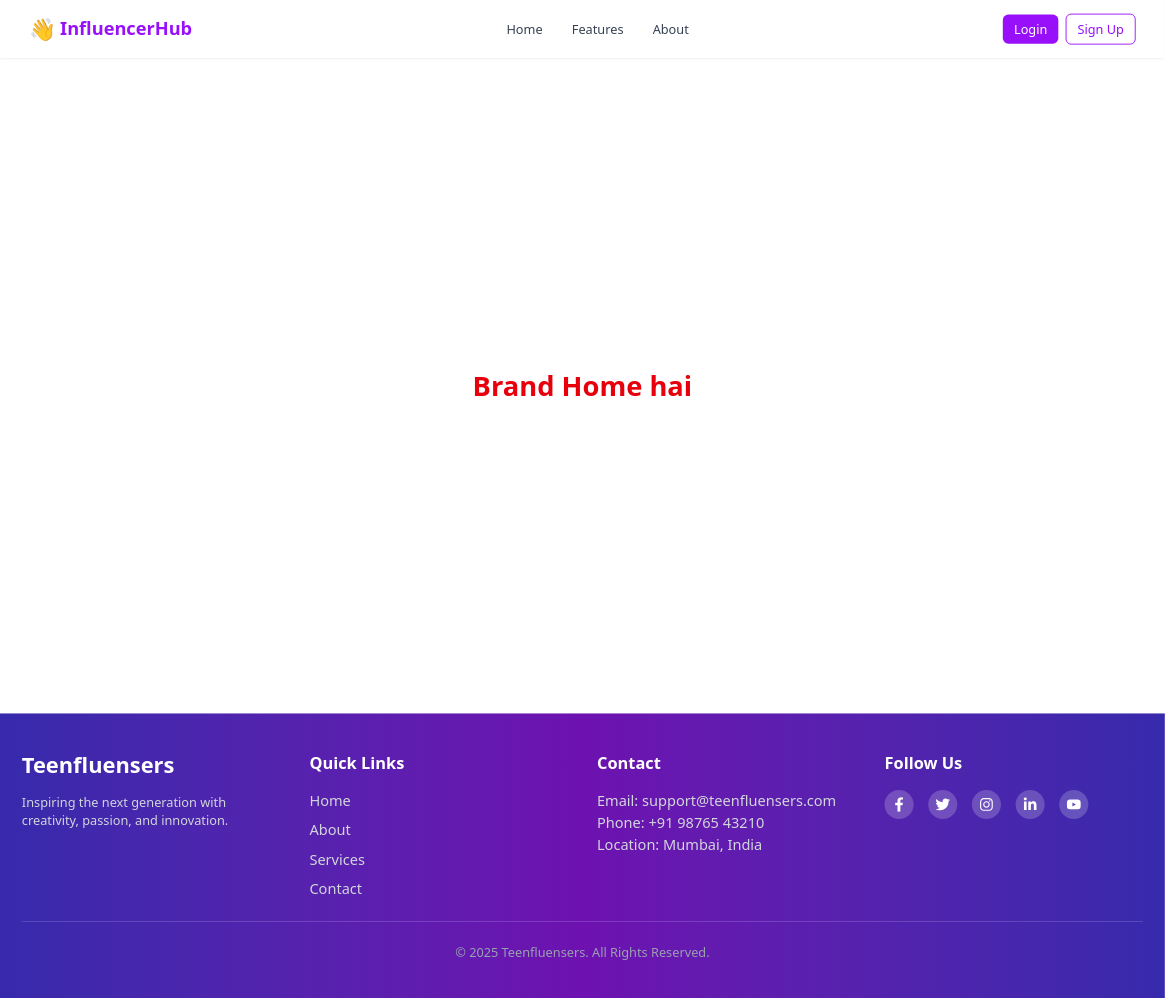
Repository: dhanbyte/teenfluencer
Page: /brand
These files come from the project's save history. The page is drawn as it stood at one moment and after the next save; the edit follows.
The browser window is 1280 px wide. The pictures show the whole page, at 91% of full size.
The project was rebuilt for these pictures with package versions that can differ from the ones it lists, and the page was loaded fresh each time. Some packages were replaced by stand-ins written for this rebuild. The framework's server and built-in components were replaced by stand-ins that run in the browser. Also part of the build but not shown: next.config.ts.

Above is the page before, as saved 2025-08-13 12:52:27.

After the next save:
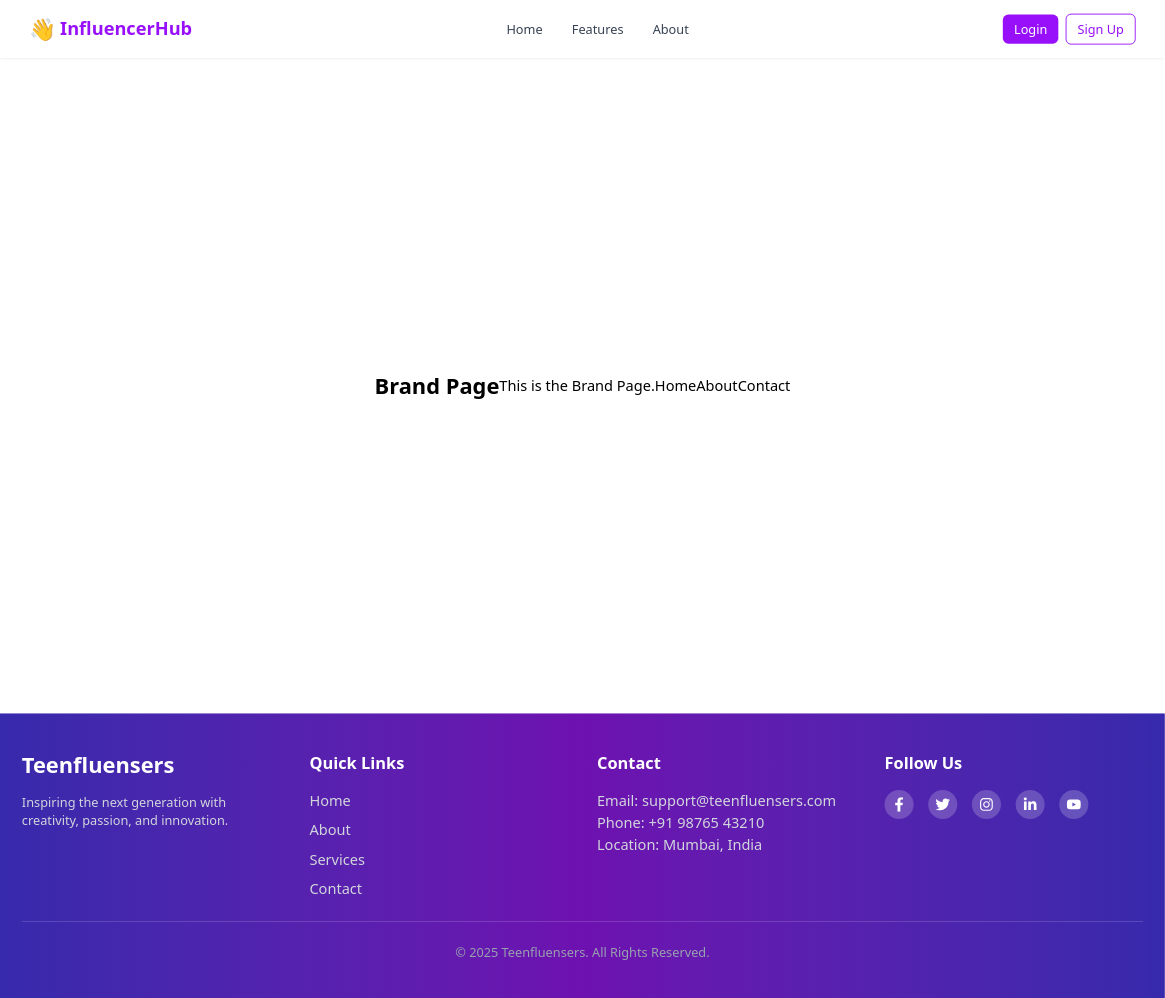
Saved 2 min 19 s later.
--- a/app/(Brand)/brand/page.tsx
+++ b/app/(Brand)/brand/page.tsx
@@ -1,7 +1,17 @@
 export default function BrandPage() {
   return (
     <div className="min-h-screen bg-white flex items-center justify-center">
-      <h1 className="text-3xl font-bold text-red-600">Brand Home hai</h1>
+      <h1 className="text-2xl font-bold">Brand Page</h1>
+      {/* Add your brand page content here */}
+      <p>This is the Brand Page.</p>
+      {/* You can include more components or content as needed */}
+      <nav>
+        <a href="/">Home</a>
+        <a href="/about">About</a>
+        <a href="/contact">Contact</a>
+
+
+      </nav>
     </div>
   );
 }

After the save that followed:
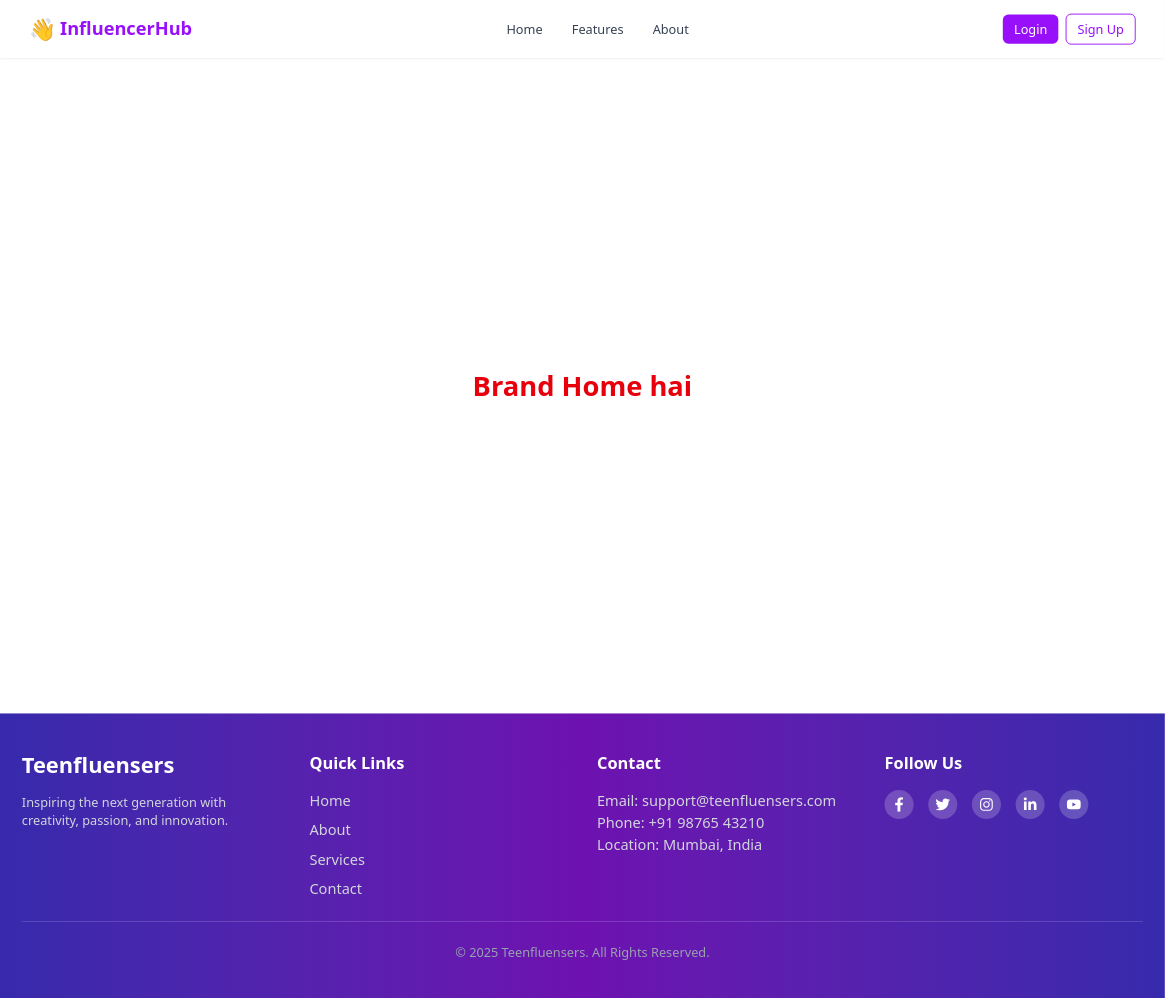
Saved 8 min 2 s later.
--- a/app/(Brand)/brand/page.tsx
+++ b/app/(Brand)/brand/page.tsx
@@ -1,17 +1,7 @@
 export default function BrandPage() {
   return (
     <div className="min-h-screen bg-white flex items-center justify-center">
-      <h1 className="text-2xl font-bold">Brand Page</h1>
-      {/* Add your brand page content here */}
-      <p>This is the Brand Page.</p>
-      {/* You can include more components or content as needed */}
-      <nav>
-        <a href="/">Home</a>
-        <a href="/about">About</a>
-        <a href="/contact">Contact</a>
-
-
-      </nav>
+      <h1 className="text-3xl font-bold text-red-600">Brand Home hai</h1>
     </div>
   );
 }
